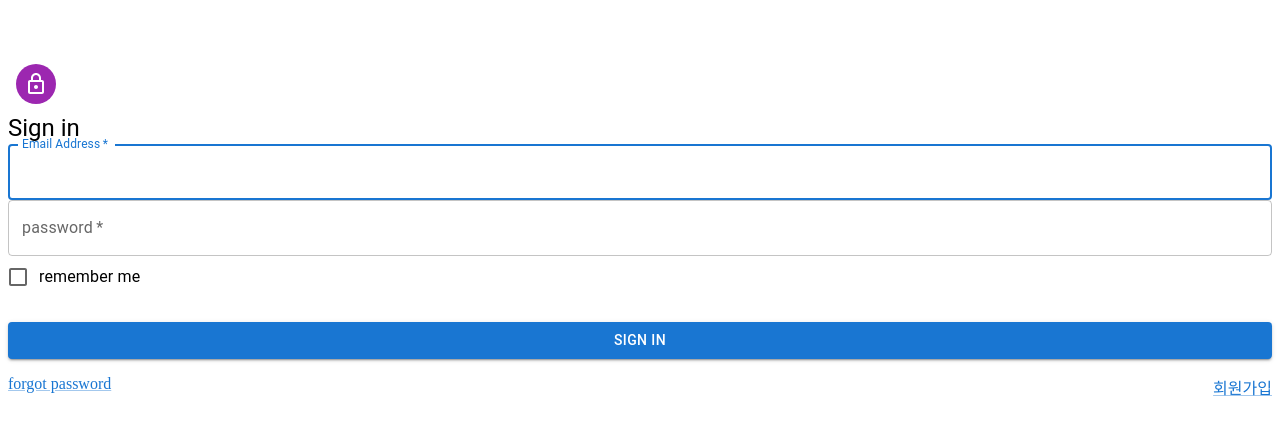
Repository: chlwpdnswku/nextjsportpolioclone
Page: /
An editor plug-in stored every save of this project. The page is shown before and after a run of saves, followed by the edit.
The browser window is 1280 px wide. The pictures show the whole page.
The project was rebuilt for these pictures with package versions that can differ from the ones it lists, and the page was loaded fresh each time. The framework's server and built-in components were replaced by stand-ins that run in the browser. Also part of the build but not shown: next.config.js.

Above is the page before, as saved 2022-08-05 17:12:50.

After the next 2 saves:
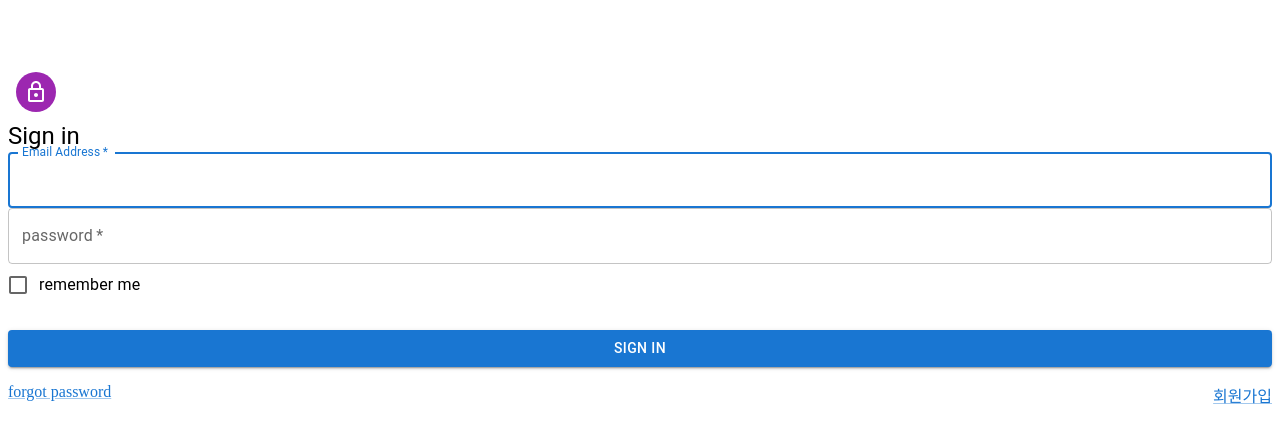
The 2 saves are shown as one change because 1 did not build or start.
The last was saved 32 s later.
--- a/pages/index.tsx
+++ b/pages/index.tsx
@@ -20,7 +20,9 @@ import Checkbox from '@mui/material/Checkbox';
 const Home: NextPage = () => {
   return (
     <>
-      <Box sx={{ marginTop: 8 }}></Box>
+      <Box
+        sx={{ marginTop: 8, display: 'flex', flexDirection: 'column' }}
+      ></Box>
       {/* Typography는 text폰트를 지정할수 있도록 하는 것 h1 테그로 감싸지고 variant h5 는 mui에서 지정한 h5디자인 적용  */}
       {/* Avata를 통해 아이콘을 원형으로 하기 sx제거해도 자동으로 margin 1만큼  */}
       <Avatar sx={{ m: 1, bgcolor: 'secondary.main' }}>
